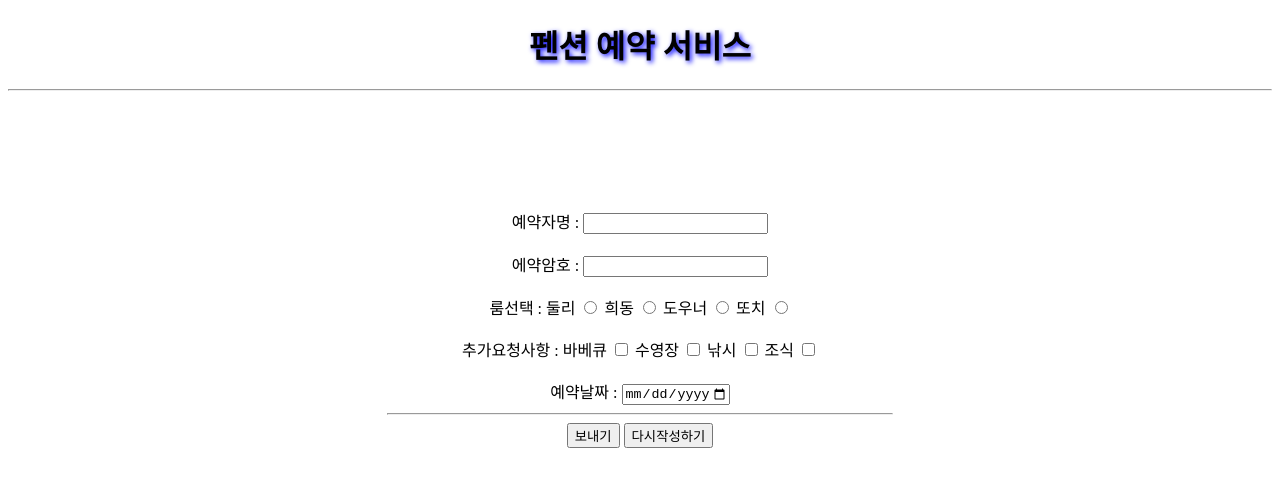
Repository: jhsnex123/web_study
Page: edu/src/main/webapp/cssexam/csslab3.html
These files come from the project's save history. The page is drawn as it stood at one moment and after the next save; the edit follows.
The browser window is 1280 px wide. The pictures show the whole page.

Above is the page before, as saved 2024-09-19 02:38:52.

### edu/src/main/webapp/cssexam/csslab3.html
<!DOCTYPE html>
<html>
<head>
<meta charset="UTF-8">
<title>Insert title here</title>
<style>
@font-face {
    font-family: 'establishRoomNo703OTF';
    src: url('https://fastly.jsdelivr.net/gh/projectnoonnu/noonfonts_2112@1.0/establishRoomNo703OTF.woff') format('woff');
    font-weight: normal;
    font-style: normal;
}
h1{
text-align : center;
text-shadow : 2px 2px 5px blue;
}

div{
		width : 40%;
		height : 10px;

		padding-top : 110px;
		padding-bottom : 90px;
		text-align : center;
		margin-right: auto;
	    margin-left: auto;


}


</style>
</head>
<body>
<h1>펜션 예약 서비스</h1>
<hr>
<div>
<form action="html실습내용리뷰3url" method="get">
예약자명 : <input type="text" name="stname" required><br>
<br>
에약암호 : <input type="password" name="stpwd" required><br>
<br>
룸선택 :
둘리 <input type="radio"  name="gender" value="male">
희동 <input type="radio"  name="gender" value="female">
도우너 <input type="radio"  name="gender" value="male">
또치 <input type="radio"  name="gender" value="male"><br>
<br>
추가요청사항 :
바베큐 <input type="checkbox"  name="stbbq" value="f1">
수영장 <input type="checkbox"  name="stpool" value="f2">
낚시 <input type="checkbox"  name="stfishing" value="f3">
조식 <input type="checkbox"  name="stbreakfast" value="f4"><br>
<br>
예약날짜 :
<input id=date_of_reservation name=date_of_reservation type=date min="년-09-13" max="2024-12-31">
<hr>
<input type="submit" value="보내기">
<input type="reset" value="다시작성하기">
</form>
</div>
</body>
</html>

After the next save:
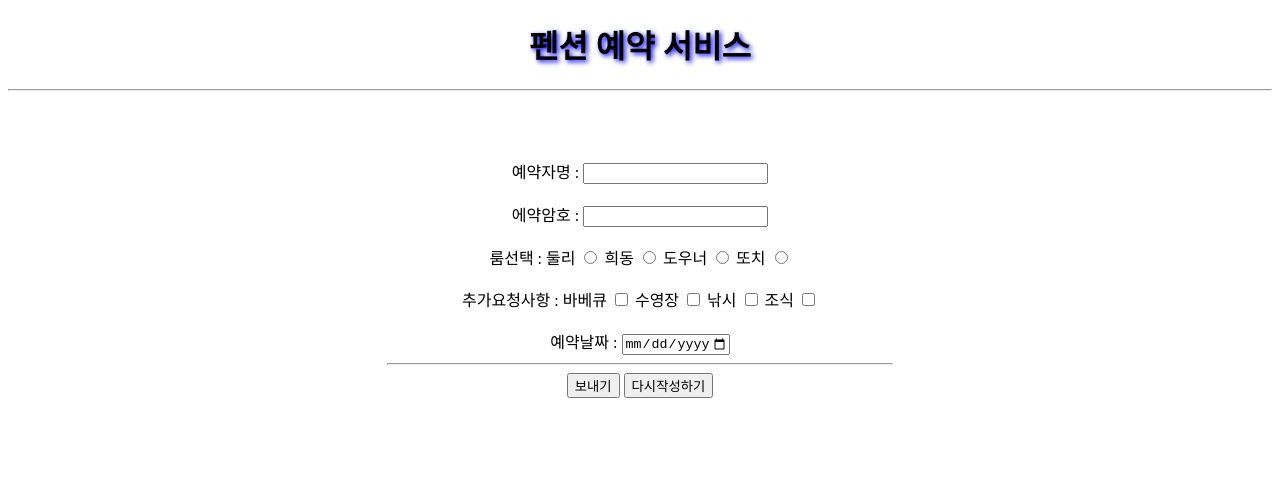
Saved 23 s later.
--- a/edu/src/main/webapp/cssexam/csslab3.html
+++ b/edu/src/main/webapp/cssexam/csslab3.html
@@ -19,7 +19,7 @@ div{
 		width : 40%;
 		height : 10px;
 
-		padding-top : 110px;
+		padding-top : 60px;
 		padding-bottom : 90px;
 		text-align : center;
 		margin-right: auto;
